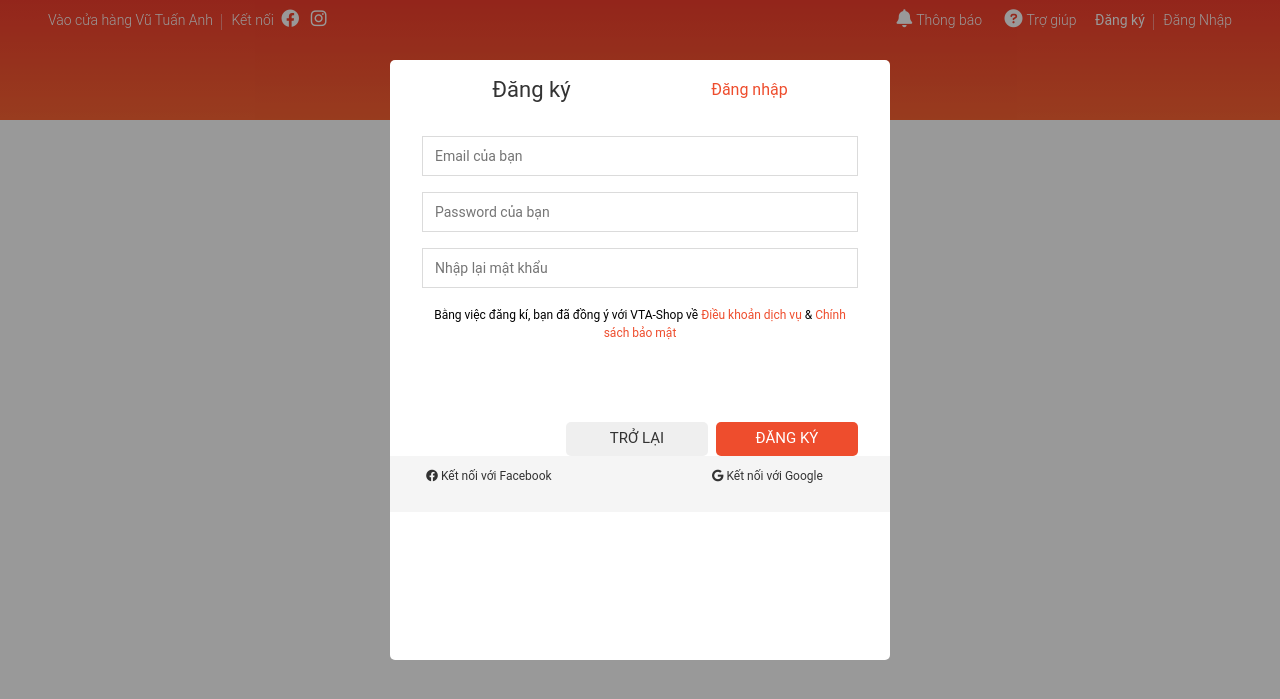
Repository: VuTuanAnh0949/Shopee
Page: index.html
These files come from the project's save history. The page is drawn as it stood at one moment and after the next save; the edit follows.
The browser window is 1280 px wide. The pictures show the whole page.

Above is the page before, as saved 2022-02-15 09:41:30.

### index.html
<!DOCTYPE html>
<html lang="en">

<head>
    <meta charset="UTF-8" />
    <meta http-equiv="X-UA-Compatible" content="IE=edge" />
    <meta name="viewport" content="width=device-width, initial-scale=1.0" />
    <title>Shopee</title>
    <link rel="stylesheet" href="https://cdnjs.cloudflare.com/ajax/libs/normalize/8.0.1/normalize.min.css" />
    <link rel="stylesheet" href="./assets/css/base.css" />
    <link rel="stylesheet" href="./assets/css/main.css" />
    <link rel="stylesheet" href="./assets/fonts/fontawesome-free-6.0.0-web/css/all.min.css">
    <link rel="stylesheet" href="https://fonts.googleapis.com/css?family-Roboto:300, 400, 500,78
0&display=swap&subset=vietnamese" rel="stylesheet" />

</head>

<body>
    <!-- Block Element Modifier -->
    <div class="app">
        <header class="header">
            <div class="grid">
                <nav class="header__navbar">
                    <ul class="header__navbar-list">
                        <li class="header__navbar-item header__navbar-item--has-qr header__navbar-item--separate">Vào cửa hàng Vũ Tuấn Anh
                            <div class="header__qr">
                                <img src="./assets/img/QR_code.png" alt="QR Code" class="header__qr-img">
                                <div class="header__qr-apps">
                                    <a href="" class="header__qr-link"><img src="./assets/img/Google_Play.png" alt="Google Play" class="header__qr-dowload-img">
                                    </a>
                                    <img src="./assets/img/App_store.png" alt="App Store" class="header__qr-dowload-img">
                                </div>
                            </div>
                        </li>
                        <li class="header__navbar-item">
                            <span class="header__navbar-title--no-pointer">Kết nối</span>
                            <a href="" class="header__navbar-icon-link"><i class="header__navbar-icon fa-brands fa-facebook"></i></a>
                            <a href="" class="header__navbar-icon-link"><i class="header__navbar-icon fa-brands fa-instagram"></i></a>
                        </li>
                    </ul>

                    <ul class="header__navbar-list">
                        <li class="header__navbar-item header__navbar-item--has-notification">
                            <a href="" class="header__navbar-item-link"><i class="header__navbar-icon fa-solid fa-bell"></i>Thông báo</a>
                            <div class="header__notification">
                                <header class="header__notification-header">
                                    <h3>Thông báo mới nhận</h3>
                                </header>
                                <ul class="header__notification-list">
                                    <li class="header__notification-item header__notification-viewed">
                                        <a href="" class="header__notification-link">
                                            <img src="https://cf.shopee.vn/file/a2344384834f0903b232953bf8e1d283_tn" alt="" class="header__notification-img">
                                            <div class="header__notification-info">
                                                <span class="header__notification-name">Bàn Phím cơ chính hãng K400-Đen</span>
                                                <span class="header__notification-descriotion">Bàn phím cơ máy tính gaming K550 Pro full Led 7 chế độ hiệu ứng là mẫu bàn phím phù hợp cho văn phòng và game thủ</span>
                                            </div>
                                        </a>
                                    </li>
                                    <li class="header__notification-item">
                                        <a href="" class="header__notification-link">
                                            <img src="https://cf.shopee.vn/file/fbd0d6cd59ae0c260cbdd8d2bdccbe06_tn" alt="" class="header__notification-img">
                                            <div class="header__notification-info">
                                                <span class="header__notification-name">Bàn phím cơ chính hãng K400-Trắng xanh 1</span>
                                                <span class="header__notification-descriotion">Bàn phím cơ máy tính gaming K550 Pro full Led 7 chế độ hiệu ứng là mẫu bàn phím phù hợp cho văn phòng và game thủ</span>
                                            </div>
                                        </a>
                                    </li>
                                    <li class="header__notification-item ">
                                        <a href="" class="header__notification-link">
                                            <img src="https://cf.shopee.vn/file/26989c24e549299dcfb324055082c553" alt="" class="header__notification-img">
                                            <div class="header__notification-info">
                                                <span class="header__notification-name">Bàn phím cơ chính hãng K400-Trắng xanh 2</span>
                                                <span class="header__notification-descriotion">>Bàn phím cơ máy tính gaming K550 Pro full Led 7 chế độ hiệu ứng là mẫu bàn phím phù hợp cho văn phòng và game thủ</span>
                                            </div>
                                        </a>
                                    </li>
                                </ul>
                                <div class="footer header__notification-footer">
                                    <a href="" class="header__notification-footer-btn">Xem tất cả</a>


                                </div>
                            </div>
                        </li>
                        <li class="header__navbar-item">
                            <a href="" class="header__navbar-item-link"><i class="header__navbar-icon fa-solid fa-circle-question"></i>Trợ giúp</a>
                        </li>
                        <li class="header__navbar-item header__navbar-item--strong header__navbar-item--separate">Đăng ký</li>
                        <li class="header__navbar-item header__navbar-ite--strong"> Đăng Nhập</li>
                    </ul>
                </nav>
            </div>
        </header>
        <div class="container">

        </div>
        <footer class="footer">

        </footer>
    </div>
    <!-- Modal layout -->
    <div class="modal">
        <div class="modal__overlay"></div>

        <div class="modal__body">

            <!-- Authen form -->
            <div class="auth-form">
                <div class="auth-form__container">
                    <div class="auth-form__container"></div>
                    <div class="auth-form__header">
                        <h3 class="auth-form__heading">Đăng ký</h3>
                        <span class="auth-form__switch-btn">Đăng nhập</span>
                    </div>
                    <div class="auth-form__form">
                        <div class="auth-form__group">
                            <input type="text" class="auth-form__input" placeholder="Email của bạn">
                        </div>
                        <div class="auth-form__group">
                            <input type="password" class="auth-form__input" placeholder="Password của bạn">
                        </div>
                        <div class="auth-form__group">
                            <input type="password" class="auth-form__input" placeholder="Nhập lại mật khẩu ">
                        </div>
                    </div>
                    <div class="auth-form__aside">
                        <p class="auth-form__policy-text">
                            Bằng việc đăng kí, bạn đã đồng ý với VTA-Shop về
                            <a href="" class="auth-form__text-link">Điều khoản dịch vụ</a> &
                            <a href="" class="auth-form__text-link">Chính sách bảo mật</a>
                        </p>
                    </div>
                    <div class="auth-form__controls">
                        <button class="btn auth-form__controls-back">TRỞ LẠI</button>
                        <button class="btn btn--primary">ĐĂNG KÝ</button>
                    </div>
                </div>
                <div class="auth-form__socials">
                    <a href="" class="btn btn--size-s btn--with-icon">
                        <i class="auth-form__socials-icon fa-brands fa-facebook"></i> Kết nối với Facebook
                    </a>
                    <a href="" class="btn btn--size-s btn--with-icon">
                        <i class="auth-form__socials-icon fa-brands fa-google"></i> Kết nối với Google
                    </a>
                </div>
            </div>
        </div>
    </div>
</body>

</html>

### assets/css/base.css
:root {
  --primary-color:#EE4D2D;
  --white-color: #fff;
  --black-color: #000;
  --text-color: #333;
  --border-color:#dbdbdb;
}
* {
  box-sizing: inherit;
}
html {
  font-size: 62.5%;
  line-height: 1.6rem;
  font-family: "Roboto", sans-serif;
  box-sizing: border-box;
}
.grid {
  width: 1200px;
  max-width: 100%;
  margin: 0 auto;
}
.grid__full-width {
  width: 100%;
}
.grid__row {
  display: flex;
  flex-wrap: wrap;
}
/* Animation */
@keyframes fadeIn{
  from{
    opacity: 0;
  }to{
    opacity: 1;
  }
}
/* Modal */
.modal{
  position: fixed;
  top: 0;
  right: 0;
  bottom: 0;
  left: 0;
  display: flex;
}
.modal__overlay{
  position: absolute;
  width: 100%;
  height: 100%;
  background-color: rgba(0,0,0,0.4);
}
.modal__body{
  width: 500px;
  height: 600px;
  background-color: var(--white-color);
  border-radius: 5px;
  margin: auto;
  position: relative;
  z-index: 1;  /* để cho modal nổi lên */
}
/* Button style */
.btn{
  min-width: 142px;
  height: 34px;
  text-decoration: none;
  border:none ;
  border-radius: 5px;
  font-size: 1.5rem;
  padding:0;
  outline: none;
  cursor: pointer;
  color: var(--text-color);
  align-items: center;
 justify-content: center;
}
.btn:hover{
  background-color: rgba(0,0,0,0.05);
}
.btn.btn--size-s{
  height: 32px;
  font-size: 12px;
}
/* .. dùng để css 1 element có 2 class */
.btn.btn--primary{
  color: var(--white-color);
  background-color: var(--primary-color);
  }
.btn.btn-disabled{
  color: #949494;
  cursor: default;
  background-color: #c3c3c3;
}

### assets/css/main.css
.header{
height: 120px;
background-image:linear-gradient(0, #fe6433, #f53e2d) ;
}
.header__navbar{
  display: flex;
  justify-content: space-between;
}
.header__navbar-list{
list-style: none;
padding-left: 0;
margin-top: 9px;
}
.header__navbar-item{
  margin: 0 8px;
  position: relative;
  min-height: 26px;
}
.header__navbar-item--has-qr:hover .header__qr{
  display: block;
}
.header__navbar-item--has-notification:hover .header__notification{
  display: block;
}
.header__navbar-item,
.header__navbar-item-link{
  display:inline-block;
  font-size: 1.4rem;
  color:var(--white-color);
  text-decoration: none;
  font-weight: 300;
}
.header__navbar-item,
.header__navbar-item-link,
.header__navbar-icon-link{
/*   display: flex; */
  align-items: center;
}
.header__qr::before{
  position: absolute;
  left: 0;
  top: -16px;
  width: 100%;
  height: 20px;
  content: "";
  display: block;

}
.header__navbar-item:hover,
.header__navbar-icon-link:hover,
.header__navbar-item-link:hover{
  cursor: pointer;
  color: rgba(255,255,255,0.7);
}
.header__navbar-item--strong{
  font-weight: 400;
}
.header__navbar-item--separate::after{
  content: "";
  display: block;
  position: absolute;
border-left: 1px solid #FB9086;
height: 16px;
right: -9px;
top: 37%;
transform: translateY(-50%);
}
.header__navbar-icon-link{
  color: var(--white-color);
  text-decoration: none;
}
.header__navbar-icon{
  font-size: 1.8rem;
  margin: 0 4px;
}
.header__navbar-title--no-pointer{
  cursor: text;
  color: var(--white-color);
  text-decoration: none;
}
/* Header QR code */
.header__qr{
  width: 180px;
background-color: var(--white-color);
position: absolute;
left: 0;
top: 100%;
padding: 8px;
border-radius: 5px;
display: none;
animation: fadeIn ease-in 0.3s;
}
.header__qr-img{
width: 100%;
}
.header__qr-apps{
display: flex;
justify-content: space-between;
}
.header__qr-link:nth-child(1){
  margin-left: 11px;
}
.header__qr-link:nth-child(2){
  margin-right: 15px;
}
.header__qr-dowload-img{
  height: 16px;
}
/* header__notification */
.header__notification{
position: absolute ;
top: 27px;
right: 0;
width: 404px;
background-color: var(--white-color);
border-radius: 5px;
border: 1px solid #D3D3D3;
cursor: default;
transform-origin:90% top;
animation:  headerNotificationGrowth ease-in 0.2s;
will-change: opacity, transform;
display: none;
}
.header__notification::before{
content: "";
border-width:20px 30px ;
border-style: solid;
/* Tạo một lớp giá */
border-color:transparent transparent var(--white-color) transparent;
position: absolute;
right: 6px;
top: -30px;
}
/* Giúp di chuột vào quả chuông cạnh nút thông báo không bị mất list thông báo */
.header__notification::after{
  content: "";
  display: block;
  position: absolute;
  height: 20px;
  width: 90px;
  top: -16px;
  right: 0;
 }
@keyframes headerNotificationGrowth{
  from{
    opacity: 0;
    transform: scale(0);
  }to{
    opacity: 1;
    transform: scale(1);
  }
}
.header__notification-header{
  height: 40px;
  background-color: var(--white-color);
  border-radius: 5px;
}
.header__notification-header h3{
  color: #999;
  margin: 0 0 0 12px;
  width: 400;
  font-size: 1.4rem;
  line-height: 40px;
  user-select: none;  /* không cho coppy */
}
.header__notification-list{
padding-left: 0;
}
.header__notification-item{
display: flex;

}
.header__notification-item:hover{
  background-color: #f7f7f7
}
.header__notification-viewed{
  background-color: rgba(238,75,43,0.08);

}
.header__notification-link{
  display: flex;
  width: 100%;
  padding: 12px;
  text-decoration: none;
}
.header__notification-img{
width: 48px;
object-fit: contain;
}
.header__notification-info{
margin-left: 12px;
}
.header__notification-name{
display: block;
font-size: 1.4rem;
color: var(--text-color);
font-weight: 400px;
line-height: 1.8rem;
}
.header__notification-descriotion{
display: block;
font-size: 1.2rem;
line-height: 1.6rem;
color: #765F6E;
margin-top: 4px;
}
.header__notification-footer{
 display: flex;
}
.header__notification-footer-btn{
  text-decoration: none;
  color:var(--text-color);
  width: 100%;
  padding: 8px 0;
  margin: auto;
  font-size: 1.4rem;
  font-weight: 400;
  text-align: center;
}
/* Authen modal */
.auth-form{
  width: 500px;
}
.auth-form__container{
  padding: 0 32px;
}
.auth-form__header{
  display: flex;
  align-items: center;
  justify-content: space-around;
}
.auth-form__heading{
  font-size: 2.2rem;
  font-weight:400;
  color: var(--text-color);
}
.auth-form__switch-btn{
  font-size: 1.6rem;
  font-weight:400;
  color: var(--primary-color);
  cursor: pointer;
}
.auth-form__form{
}
.auth-form__input{
  width: 100%;
  height: 40px;
  margin-top: 16px;
  padding: 0 12px;
  font-size: 1.4rem;
  border: 1px solid var(--border-color);
  outline: none;
}
/*Dí chuột vào ô input => ô input nháy chuột  */
.auth-form__input:focus{
border-color: #777;
}
.auth-form__aside{
  margin-top: 18px;
}
.auth-form__policy-text{
  font-size: 1.2rem;
  line-height: 1.8rem;
  text-align: center;
  padding: 0 3px;
}
.auth-form__text-link{
  color: var(--primary-color);
  text-decoration: none;
}
.auth-form__controls{
  margin-top: 80px;
  display: flex;
  justify-content: flex-end;
}
.auth-form__controls-back{
  margin-right: 8px;
}
.auth-form__socials{
 background-color: #F5F5F5;
 padding: 12px 36px;
 display: flex;
 justify-content: space-between;
}

Loaded but not shown: assets/fonts/fontawesome-free-6.0.0-web/css/all.min.css (library)

After the next save:
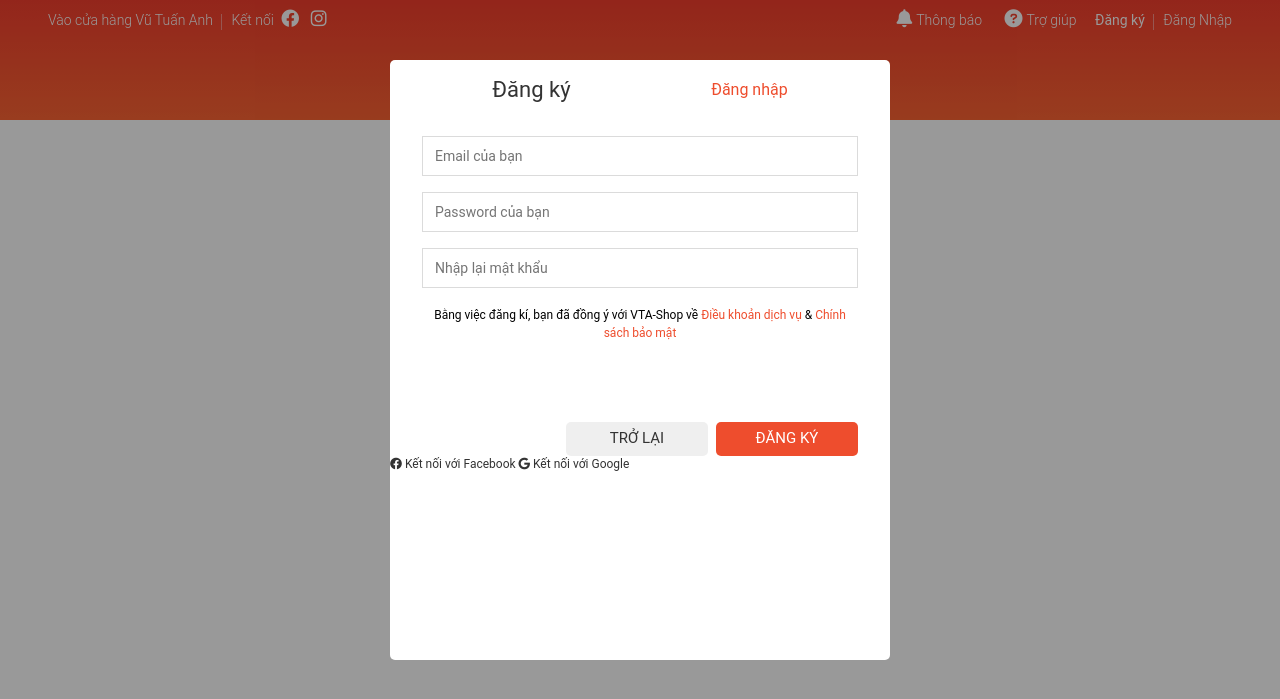
Saved 63 s later.
--- a/index.html
+++ b/index.html
@@ -135,11 +135,11 @@
                         <button class="btn btn--primary">ĐĂNG KÝ</button>
                     </div>
                 </div>
-                <div class="auth-form__socials">
+                <div class="auth-form__socials--facebook">
                     <a href="" class="btn btn--size-s btn--with-icon">
                         <i class="auth-form__socials-icon fa-brands fa-facebook"></i> Kết nối với Facebook
                     </a>
-                    <a href="" class="btn btn--size-s btn--with-icon">
+                    <a href="" class="auth-form__socials--google btn btn--size-s btn--with-icon">
                         <i class="auth-form__socials-icon fa-brands fa-google"></i> Kết nối với Google
                     </a>
                 </div>
